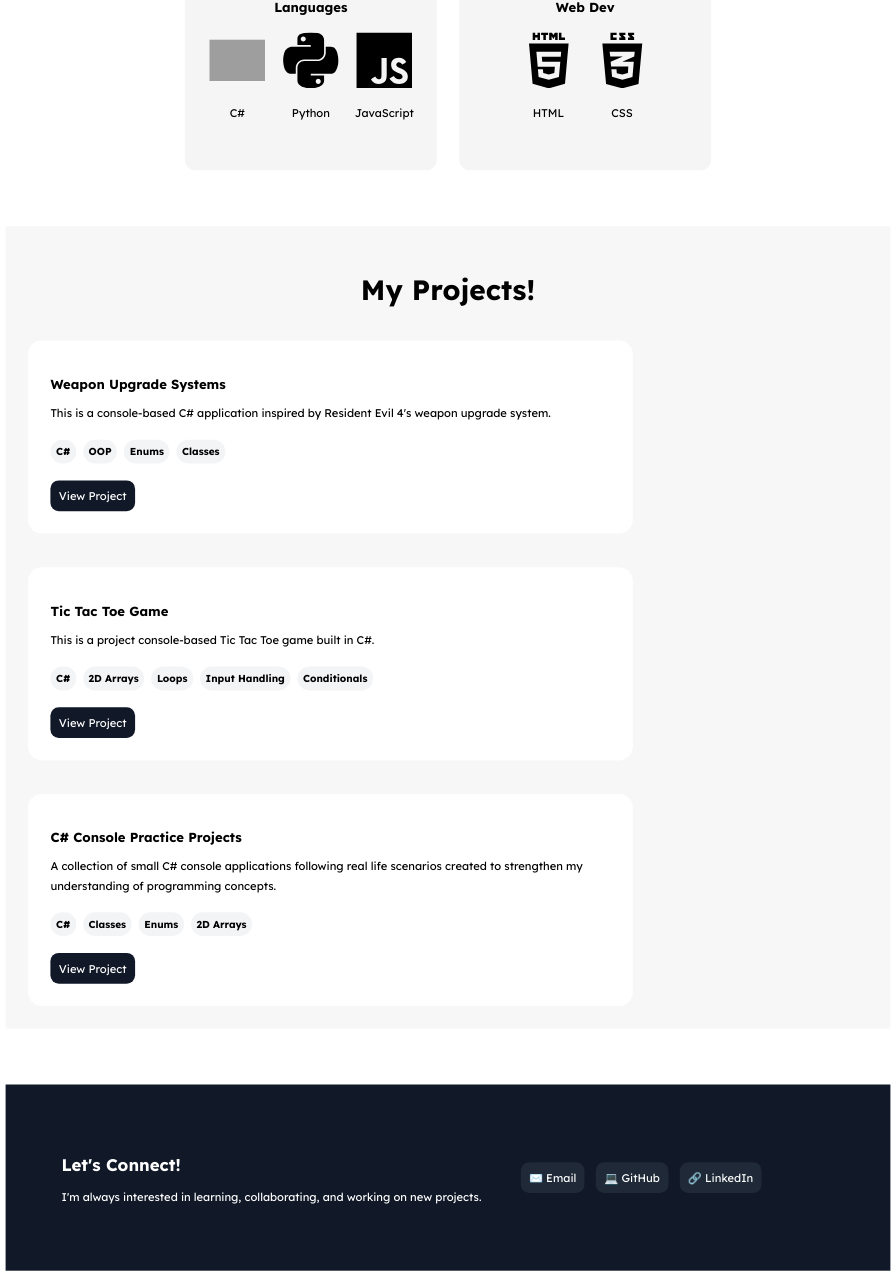
Repository: perrybalaba/perrybalaba
Page: index.html
An editor plug-in stored every save of this project. The page is shown before and after the next save, followed by the edit.
The browser window is 1280 px wide. The pictures show the part of the page from y = 1335 to 3255 px (the page is 3159 px tall before and 3255 px after), at 70% of full size.
Pictures or frames that could not be fetched are drawn as grey boxes. A picture or video elsewhere on the page could not be fetched, so the positions and the page height are approximate. Some web fonts or font styles are not loaded; a fallback is used.

Above is the page before, as saved 2026-05-13 22:55:16.

### index.html
<!DOCTYPE html>
<html lang="en">
<head>
    <meta charset="UTF-8">
    <meta name="viewport" content="width=device-width, initial-scale=1.0">
    <title>Perry's Portfolio</title>
    <link rel="stylesheet" href="./styles/index.css"/>
    <link rel="stylesheet" href="./styles/globals.css"/>
</head>

<body>
    <main>
        <!-- NAVIGATION BAR -->
        <!-- 👇 TO CHANGE: href -->
        <nav class="Nav-Bar">
            <ul>
                <li><a href="./index.html"> About me </a></li>
                <li><a href="./index.html"> Projects </a></li>
            </ul>
        </nav>

        <!-- PAGE HEADER -->
        <div class="About-Me">
            <header class="Home-Header">
                <h1> Perry Balaba </h1>
            </header>

            <!-- INFORMATION ABOUT ME -->
            <div class ="Info">
                <!-- IMAGE -->
                <img class="My-Photo" src="./assets/images/portfolio-me.jpg" alt="me"/>

                <div class ="Description">
                    <h2> Hello World! 👋 </h2>
                    <p> I'm a Computer Science Student at John Abbott College
                        with a strong passion for technology, software development, and problem-solving.
                        I love turning ideas into functional applications and programs from scratch. I am naturally curious and always motivated
                        to expand my knowledge by learning new technologies, improving my coding skills, and taking on challenges outside of my comfort zone.
                        Right now, I'm diving into machine learning, object-oriented programming, and web development!
                    </p>

                    <!-- SOFT SKILLS -->
                    <div class="Soft-Skills-Container">
                        <button type="button" class="Soft-Skills" disabled> Teamwork </button>
                        <button type="button" class="Soft-Skills" disabled> Resilient </button>
                        <button type="button" class="Soft-Skills" disabled> Problem Solver </button>
                        <button type="button" class="Soft-Skills" disabled> Organized </button>
                    </div>
                </div>
            </div>
        </div>

        <!-- SKILLS -->
        <div class="Skills">
            <h2> Technologies I'm Familiar With! </h2>
            <div class="Skills-Container">

                <div class="Skill-Card">
                    <h3> Languages </h3>

                    <div class="Skill-Icons">
                        <div class="Skill">
                            <img src="./assets/images/csharp-svgrepo-com.svg" alt="c# logo"/>
                            <p> C# </p>
                         </div>

                        <div class="Skill">
                            <img src="./assets/images/python-svgrepo-com.svg" alt="python logo"/>
                            <p> Python </p>
                        </div>

                        <div class="Skill">
                            <img src="./assets/images/js01-svgrepo-com.svg" alt="javascript logo"/>
                            <p> JavaScript</p>
                        </div>
                    </div>
                </div>

                <div class="Skill-Card">
                    <h3> Web Dev </h3>

                    <div class="Skill-Icons">
                        <div class="Skill">
                            <img src="./assets/images/html5-01-svgrepo-com.svg" alt="html logo"/>
                            <p> HTML </p>
                        </div>

                        <div class="Skill">
                            <img src="./assets/images/css3-01-svgrepo-com.svg" alt="css logo"/>
                            <p> CSS </p>
                        </div>
                    </div>
                </div>
            </div>
        </div>

        <!-- PROJECTS -->
        <div class="Projects">
            <h2> My Projects!</h2>

            <div class="Projects-Container">
                <!-- PROJECT ONE -->
                <div class="Project-Card">
                    <div class="Project-Info">
                        <h3>Weapon Upgrade Systems</h3>
                        <p>
                            This is a console-based C# application inspired by Resident Evil 4's
                            weapon upgrade system.
                        </p>
                        <div class="Project-Tech">
                            <span> C# </span>
                            <span> OOP </span>
                            <span> Enums </span>
                            <span> Classes </span>
                        </div>
                        <a href=""> View Project </a>
                    </div>
                </div>

                <!-- PROJECT TWO -->
                <div class="Project-Card">
                    <div class="Project-Info">
                        <h3>Tic Tac Toe Game</h3>
                        <p>
                            This is a project console-based Tic Tac Toe game built in C#.
                        </p>
                        <div class="Project-Tech">
                            <span> C# </span>
                            <span> 2D Arrays </span>
                            <span> Loops </span>
                            <span> Input Handling </span>
                            <span> Conditionals </span>
                        </div>
                        <a href=""> View Project </a>
                    </div>
                </div>

                <!-- PROJECT THREE -->
                <div class="Project-Card">
                    <div class="Project-Info">
                        <h3> C# Console Practice Projects</h3>
                        <p>
                            A collection of small C# console applications following real life scenarios
                            created to strengthen my understanding of programming concepts.
                        </p>
                        <div class="Project-Tech">
                            <span> C# </span>
                            <span> Classes </span>
                            <span> Enums </span>
                            <span> 2D Arrays </span>
                        </div>
                        <a href=""> View Project </a>
                    </div>
                </div>
            </div>
        </div>

        <!-- CONTACT -->
        <div class="Contact">
            <div class="Contact-Container">
                <div class="Contact-Text">
                    <h2> Let's Connect! </h2>
                    <p>
                        I'm always interested in learning, collaborating, and working on new projects.
                    </p>
                </div>

                <div class="Contact-Links">
                    <a href="mailto:balabaperry@gmail.com"> ✉️ Email</a>
                    <a href="https://github.com/perrybalaba"> 💻 GitHub </a>
                    <a href="https://www.linkedin.com/in/ann-karen-balaba-46b839387/"> 🔗 LinkedIn</a>
                </div>
            </div>
        </div>
    </main>
</body>
</html>

### styles/index.css
/* NAVIGATION BAR */
.Nav-Bar {
    padding: 1rem;
    border-bottom: 3px solid lightgray;
}

nav ul {
    list-style: none;
    display: flex;
    justify-content: center;
    flex-wrap: wrap;
    gap: 2rem;
    padding: 0;
}

nav ul li a {
    display: block;
    text-align: center;
    padding: .75rem 1rem;
    text-decoration: none;
    color: #374151;
    font-weight: bold;
    padding: 10px;
    border-radius: 10px;
    font-size: 1rem;
    transition: 0.2s;
}

nav ul li a:hover {
    transform: scale(1.08);
    background-color: #f3f4f6;
    color: black;
}

/* HEADER */
.Home-Header {
    font-size: 3rem;
    text-align: center;
}

/* ABOUT ME */
.Info h2 {
    font-size: 2.5rem;
    text-align: center;
}

.Info {
    display: flex;
    flex-direction: column;
    align-items: center;
}

.Info p {
    max-width: 500px;
    line-height: 1.6;

}

.Info img {
    width: 100%;
    max-width: 350px;
    height: auto;
    border-radius: 55px;
    display: block;
    margin: 0;
}

/* SOFT SKILLS */
.Soft-Skills-Container {
    display: flex;
    justify-content: center;
    align-items: center;
    gap: 12px;
    flex-wrap: wrap;
    margin-top: 1.5rem;
}

.Soft-Skills {
    background-color: #f3f4f6;
    color: #333;
    border: none;
    padding: 10px;
    border-radius: 1000px;
    font-size: 0.95rem;
    font-weight: 600;
    transition: all 0.2s ease;
}

.Soft-Skills:hover {
    transform: translateY(-5px);
    background-color: #4b5563;
    color: white;
}

/* SKILLS */
.Skills-Container {
    display: flex;
    justify-content: center;
    gap: 2rem;
    flex-wrap: wrap;
    margin-top: 1.5rem;
}

.Skill-Card {
    background-color: #f5f5f5;
    padding: 2.5rem;
    border-radius: 15px;
    width: 220px;
    transition: transform 0.2s ease;
}

.Skill-Card:hover {
    transform: translateY(-7px);
}

.Skill-Icons {
    display: flex;
    justify-content: center;
    gap: 15px;
    margin-top: 1rem;
}

.Skill-Icons img {
    width: 60px;
    height: 60px;
    object-fit: contain;
    padding: 5px;
    transition: transform 0.2s ease;
}

.Skill-Icons img:hover {
    transform: scale(1.2);
}

.Skill {
    text-align: center;
}

.Skills {
    margin-top: 4rem;
    text-align: center;
}

.Skills p {
    font-size: 1rem;
    margin-bottom: 2rem;
}

/* PROJECTS */
.Projects {
    background-color: #f7f7f8;
    padding: 2rem;
    margin-top: 5rem;
}

.Projects h2 {
    text-align: center;
    font-size: 2.5rem;
    margin-bottom: 3rem;
}

.Projects-Container {
    display: flex;
    flex-direction: column;
    gap: 2rem;
    max-width: 1000px;
    margin: 0;
}

.Project-Card {
    background-color: white;
    border-radius: 20px;
    padding: 2rem;
    transition: 0.3s ease;
}

.Project-Card:hover {
    transform: translateY(-7px);
}

.Project-Info h3 {
    margin-bottom: 1rem;
}

.Project-Info p {
    line-height: 1.7;
    margin-bottom: 1.5rem;
}

.Project-Tech {
    display: flex;
    gap: 10px;
    flex-wrap: wrap;
    margin-bottom: 1.5rem;
}

.Project-Tech span {
    background-color: #f3f4f6;
    padding: 8px;
    border-radius: 1000px;
    font-size: 0.9rem;
    font-weight: bold;
}

.Project-Info a {
    text-decoration: none;
    background-color: #111827;
    color: white;
    padding: 12px;
    border-radius: 12px;
    display: inline-block;
    transition: 0.2 ease;
}

.Project-Info a:hover {
    background-color: #374151;
}

/* CONTACT */
.Contact {
    background-color: #111827;
    color: white;
    padding: 5rem;
    margin-top: 5rem;
}

.Contact-Container {
    display: flex;
    justify-content: space-between;
    align-items: center;
    max-width: 1000px;
    margin: 0;
    flex-wrap: wrap;
    gap: 2rem;
}

.Contact-Links {
    display: flex;
    gap: 1rem;
    flex-wrap: wrap;
}

.Contact-Links a {
    text-decoration: none;
    background-color: #1F2937;
    color: white;
    padding: 12px;
    border-radius: 12px;
    transition: 0.2s ease;
}

.Contact-Links a:hover {
    background-color: #374151;
    transform: scale(1.03);
}

### styles/globals.css
/* FONTS */
@font-face {
    font-family: "NotoSans";
    src: url(../assets/fonts/Noto_Sans/NotoSans-VariableFont_wdth\,wght.ttf);
}

@font-face {
    font-family: "Lexend";
    src: url(../assets/fonts/Lexend_Deca\,Noto_Sans/Lexend_Deca/LexendDeca-VariableFont_wght.ttf);
}

.Home-Header {
    font-family: "NotoSans";
}

.Nav-Bar {
    font-family: "Lexend";
}

main {
    font-family: "Lexend";
}

/* TABLET DESIGN */
@media (min-width: 768px) {
    /* NAVIGATION BAR */
    nav ul li a {
        font-size: 1.3rem;
    }

    /* HEADER */
    .Home-Header {
        font-size: 2.2rem;
    }

    /* ABOUT ME */
    .Info {
        flex-direction: row;
        justify-content: center;
        align-items: center;
        gap: 2rem;
        padding: 2rem;
    }

    .Description {
        width: 60%;
        max-width: 600px;
    }

    .Info img {
        max-width: 300px;
        width: 40%;
    }

    /* SKILLS */
    .Skill-Card {
        width: 260px;
    }

    .Skill-Icons img {
        width: 50px;
        height: 50px;
    }
}

/* DESKTOP */
@media (min-width: 1024px) {

    /* NAVIGATION */
    nav ul {
        gap: 4rem;
    }

    nav ul li a {
        font-size: 1.5rem;
    }

    /* ABOUT ME */
    .Info {
        gap: 5rem;
        padding: 4rem;
        justify-content: center;
        flex-direction: row;
        align-items: center;
    }

    .Description {
        max-width: 650px;
        font-size: 1.2rem;
        display: flex;
        flex-direction: column;
        align-items: center;
        justify-content: center;
        gap: 1rem;
    }

    .Info img {
        max-width: 500px;
    }

    .Home-Header {
        font-size: 4rem;
    }

    /* SKILLS */
    .Skill-Container {
        gap: 3rem;
    }

    .Skill-Card {
        width: 280px;
    }

    .Skill-Icons img {
        width: 80px;
        height: 80px;
    }

    /* SKILLS */
    .Projects-Container {
        gap: 3rem;
    }
    .Project-Card {
        max-width: 800px;
        margin: 0;
    }
}

After the next save:
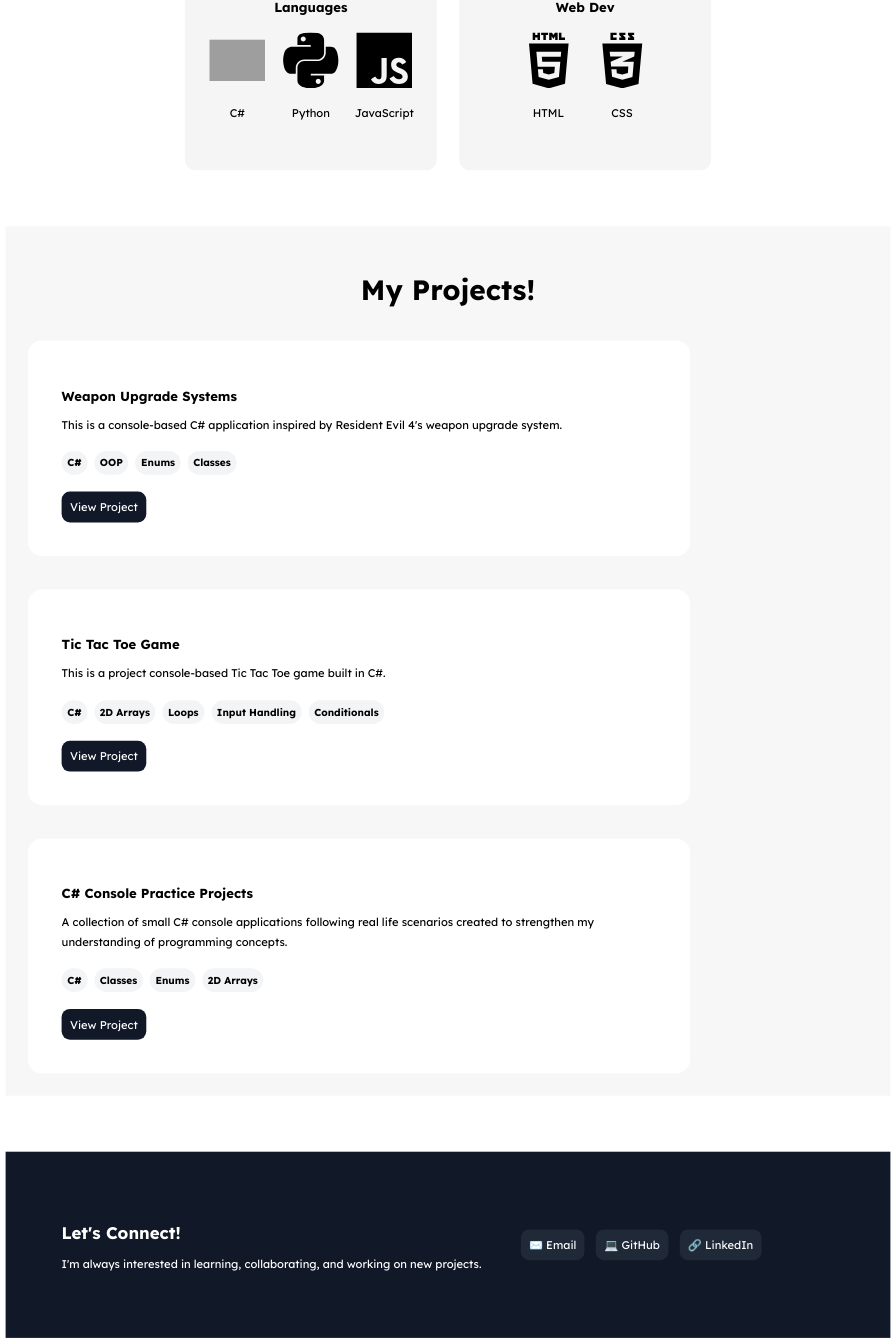
Saved 25 s later.
--- a/styles/globals.css
+++ b/styles/globals.css
@@ -120,8 +120,10 @@ main {
     .Projects-Container {
         gap: 3rem;
     }
+
     .Project-Card {
-        max-width: 800px;
+        max-width: 850px;
         margin: 0;
+        padding: 3rem;
     }
 }
